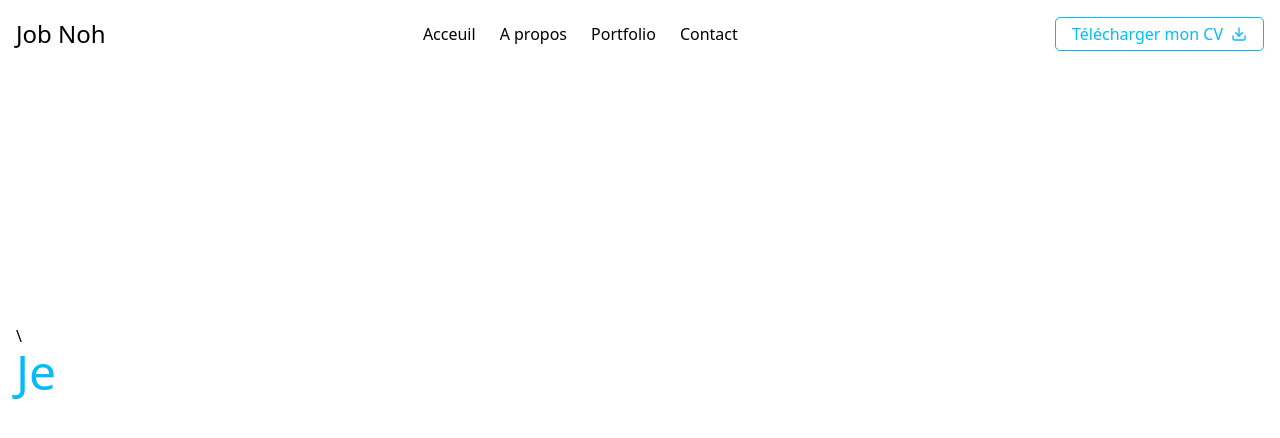
Repository: anoy1010/Nextportfolio
Page: /
These files come from the project's save history. The page is drawn as it stood at one moment and after the next save; the edit follows.
The browser window is 1280 px wide. The pictures show the whole page.
The project was rebuilt for these pictures with package versions that can differ from the ones it lists, and the page was loaded fresh each time. The framework's server and built-in components were replaced by stand-ins that run in the browser. Also part of the build but not shown: next.config.js, styles/Home.module.css.

Above is the page before, as saved 2023-03-06 16:12:05.

After the next save:
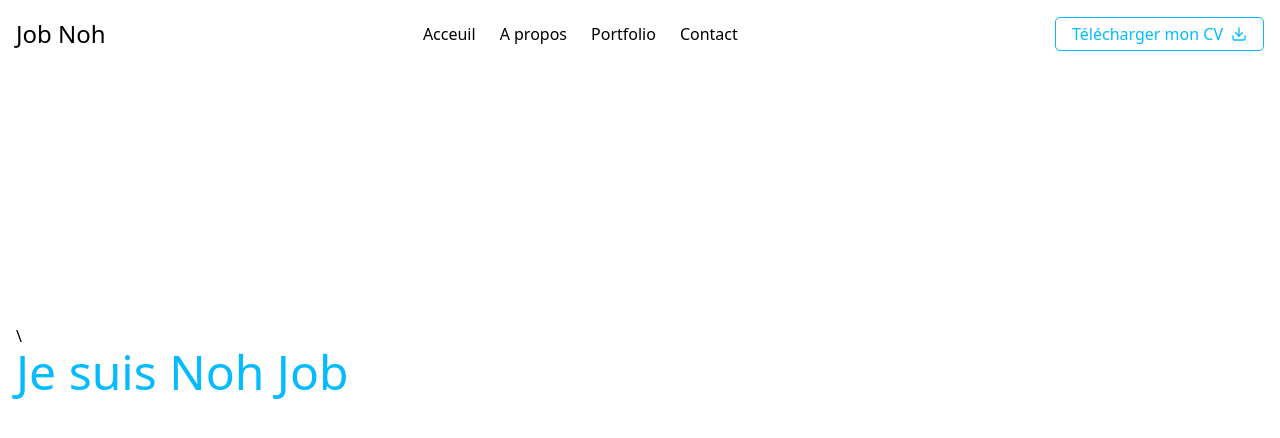
Saved 5 s later.
--- a/components/Hero.js
+++ b/components/Hero.js
@@ -7,7 +7,7 @@ const Hero = () => {
             <div className='max-x-[450px] text-[#04bbff] flex flex-col gap-[40px]'>
                 <div>
                     <h1 className='text-5xl'>
-                        Je
+                        Je suis Noh Job
                     </h1>
                 </div>
 
